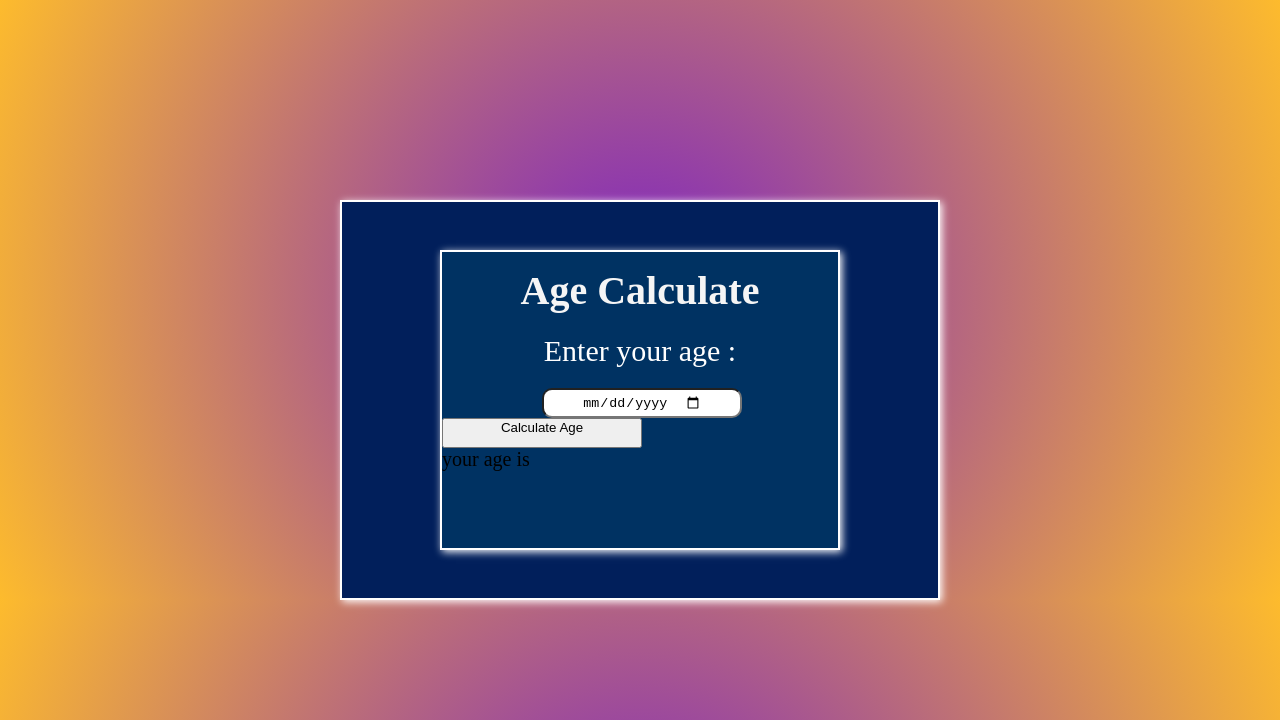
Repository: sristigupta04/basic-js-project
Page: age calculator/age.html
The author's editor kept a copy of each file at every save. The page is drawn from the files as they stood at one save, then again after the next save.
The browser window is 1280 px wide. The pictures show the whole page.

Above is the page before, as saved 2025-11-07 15:57:43.

### age calculator/age.html
<!DOCTYPE html>
<html lang="en">
<head>
    <meta charset="UTF-8">
    <meta name="viewport" content="width=device-width, initial-scale=1.0">
    <title>Document</title>
    <link rel="stylesheet" href="age.css"/>
</head>
<body>
    <div class="main">
    <div class="age">
    <h1>Age Calculate</h1>

    <label for="eventDate">Enter  your age :</label>
<input type="date" id="eventDate" name="eventDate">
<button>Calculate Age</button>
<p id="realage">your age is </p></div></div>
</body>
</html>

### age calculator/age.css
*{
    padding: 0;
    margin: 0;
    box-sizing: border-box;
}
body{
    display: flex;
    justify-content: center;
    align-items: center;
   background: #7b22c3;
background: radial-gradient(circle, rgba(123, 34, 195, 1) 0%, rgba(253, 187, 45, 1) 100%);
}

.main{
     display: flex;
    justify-content: center;
    align-items: center;
    border:2px solid white;
    height: 400px;
    width: 600px;
    box-shadow: 2px 2px 8px white;
    font-size: 20px;
     margin-top: 200px;
     background-color:#011F5B;

}

.age{
    background-color:#003262;
     box-shadow: 2px 2px 8px white;
    border:2px solid white;
    height:300px;
    width:400px;
}

.age h1{
     display: flex;
    justify-content: center;
    align-items: center;
    margin-top: 15px;
    color:whitesmoke;
    font-size: 200;

}

.age  label{
    color:white;
 display: flex;
 justify-content: center;
 font-size: 30px;
 margin:20px;

}
.age input{
     display: flex;
     justify-content: center;
     height: 30px;
     width: 200px;
    margin-left: 100px;
    border-radius: 10px;
}
.age button{
    display: flex;
    justify-content: center;
   height: 30px;
     width: 200px;
}

After the next save:
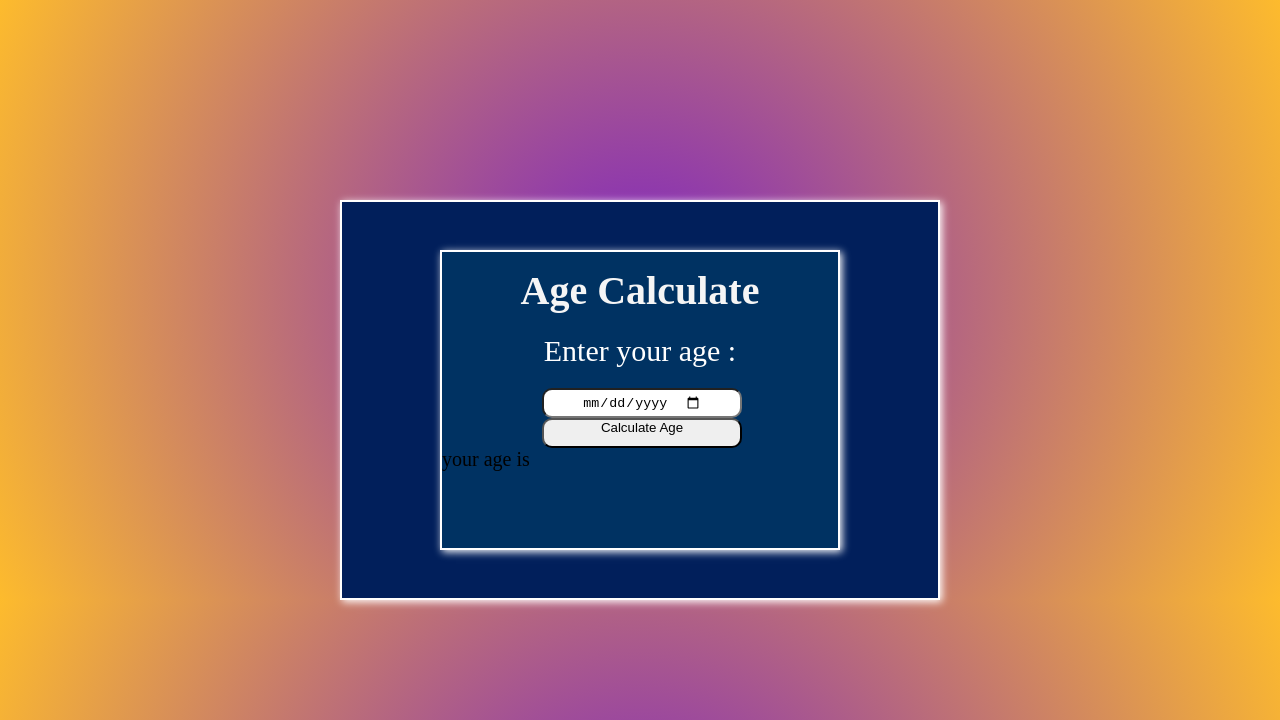
Saved 10 s later.
--- a/age calculator/age.css
+++ b/age calculator/age.css
@@ -64,4 +64,6 @@
     justify-content: center;
    height: 30px;
      width: 200px;
+      margin-left: 100px;
+    border-radius: 10px;
 }
